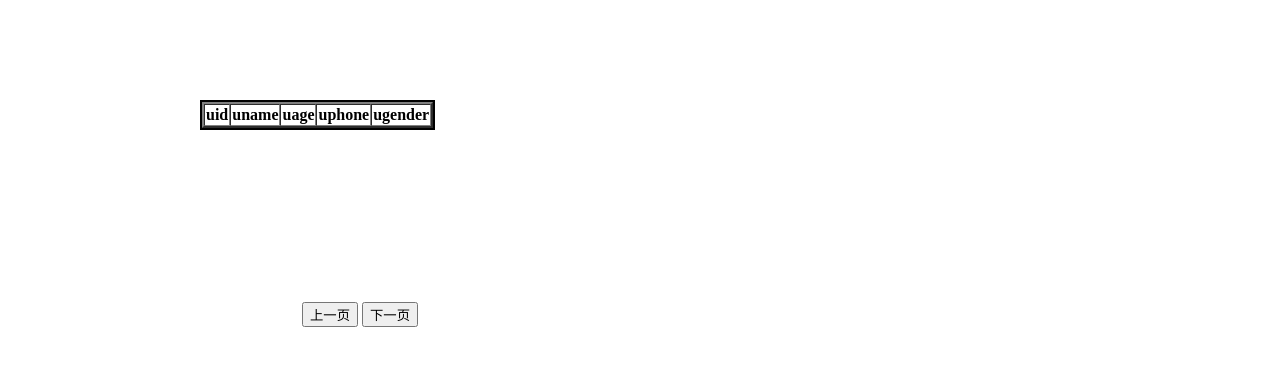
Repository: tian7815/1.25_fenye
Page: http://localhost/Day08/AdminServlet
The author's editor kept a copy of each file at every save. The page is drawn from the files as they stood at one save, then again after the next save.
The browser window is 1280 px wide. The pictures show the whole page.
The page is served by Tomcat 9. Other server files are loaded and not shown. Queries for data that is not in the repository find no rows.

Above is the page before, as saved 2021-01-25 05:36:38.

### web5/Day08/WebRoot/WEB-INF/jsp/FenYe.jsp
<%@ page language="java" import="java.util.*,com.company.entity.*" pageEncoding="utf-8"%>
<%
String path = request.getContextPath();
String basePath = request.getScheme()+"://"+request.getServerName()+":"+request.getServerPort()+path+"/";
%>

<!DOCTYPE HTML PUBLIC "-//W3C//DTD HTML 4.01 Transitional//EN">
<html>
  <head>
    <base href="<%=basePath%>">

    <title>My JSP 'FenYe.jsp' starting page</title>

	<meta http-equiv="pragma" content="no-cache">
	<meta http-equiv="cache-control" content="no-cache">
	<meta http-equiv="expires" content="0">
	<meta http-equiv="keywords" content="keyword1,keyword2,keyword3">
	<meta http-equiv="description" content="This is my page">
	<!--
	<link rel="stylesheet" type="text/css" href="styles.css">
	-->
    <style>
       div{
          position: absolute;
          left: 200px;
          top: 100px;
          border: 2px solid black;
       }
       #right{
          position: absolute;
          left: 160px;
          top: 200px;
       }
        #left{
          position: absolute;
          left: 100px;
          top: 200px;
       }
        #lb{
          position: absolute;
          left: 140px;
          top: 200px;
       }
    </style>
    <%
         List<User> userList = (List<User>) request.getAttribute("list");
     %>
  </head>

  <body>
  <div>
    <table border="2" cellspacing="0">
       <tr>
          <th>uid</th>
          <th>uname</th>
          <th>uage</th>
          <th>uphone</th>
          <th>ugender</th>
       </tr>
       <%for(int i = 0; i < userList.size(); i ++) {%>
         <tr>
            <td><%=userList.get(i).getUid() %></td>
            <td><%=userList.get(i).getUname() %></td>
            <td><%=userList.get(i).getUage() %></td>
            <td><%=userList.get(i).getUphone() %></td>
            <td><%=userList.get(i).getUgender() %></td>
         </tr>
       <%} %>
    </table>
    <input id="right" type="submit" value="下一页">
    <label id="lb">1</label>
    <input id="left" type="submit" value="上一页">
  </div>
  </body>
</html>

### web5/Day08/src/com/company/contreller/AdminServlet.java
package com.company.contreller;

import java.io.IOException;
import java.io.PrintWriter;
import java.util.List;

import javax.servlet.ServletException;
import javax.servlet.http.HttpServlet;
import javax.servlet.http.HttpServletRequest;
import javax.servlet.http.HttpServletResponse;

import com.company.entity.User;
import com.company.service.UserService;
import com.company.service.UserServiceImpl;

public class AdminServlet extends HttpServlet {

	/**
	 * The doGet method of the servlet. <br>
	 *
	 * This method is called when a form has its tag value method equals to get.
	 *
	 * @param request the request send by the client to the server
	 * @param response the response send by the server to the client
	 * @throws ServletException if an error occurred
	 * @throws IOException if an error occurred
	 */
	public void doGet(HttpServletRequest request, HttpServletResponse response)
			throws ServletException, IOException {
        //되쩌털뙤쫠
		//돕鑒앴욋瓊혤鑒앴
		UserService userService = new UserServiceImpl();
		try {
			List<User> userList = userService.queryUserByFenYe(0, 5);
			request.setAttribute("list", userList);
			request.getRequestDispatcher("WEB-INF/jsp/FenYe.jsp").forward(request, response);
		} catch (Exception e) {
			// TODO Auto-generated catch block
			e.printStackTrace();
		}

	}

	/**
	 * The doPost method of the servlet. <br>
	 *
	 * This method is called when a form has its tag value method equals to post.
	 *
	 * @param request the request send by the client to the server
	 * @param response the response send by the server to the client
	 * @throws ServletException if an error occurred
	 * @throws IOException if an error occurred
	 */
	public void doPost(HttpServletRequest request, HttpServletResponse response)
			throws ServletException, IOException {


	}

}

### web5/Day08/src/com/company/service/UserServiceImpl.java
package com.company.service;

import java.util.List;

import com.company.dao.Userdao;
import com.company.dao.UserdaoImpl;
import com.company.entity.User;

public class UserServiceImpl implements UserService {
    private Userdao userdao = new UserdaoImpl();
	public User quaryUserByuid(String uid) throws Exception {
		userdao = new UserdaoImpl();
		User quaryUserByuid = userdao.quaryUserByuid(uid);
		return quaryUserByuid;
	}

	public String stuLogin(String uid) throws Exception {
		userdao = new UserdaoImpl();
		String pwd = userdao.stuLogin(uid);
		return pwd;
	}

	public List<User> queryUserByFenYe(int offset, int len) throws Exception {
	    List<User> userList = userdao.selectPage(offset, len);
		return userList;
	}

}

### web5/Day08/src/com/company/dao/Userdao.java
package com.company.dao;

import java.util.List;

import com.company.entity.User;

public interface Userdao {
	public User quaryUserByuid(String uid)throws Exception;
	public String stuLogin (String uid)throws Exception;
	//offset槨튤盧좆,len鑒앴낀똑
	public List<User> selectPage(int offset, int len) throws Exception;
}

### web5/Day08/src/com/company/dao/UserdaoImpl.java
package com.company.dao;

import java.sql.Connection;
import java.sql.DriverManager;
import java.sql.PreparedStatement;
import java.sql.ResultSet;
import java.util.ArrayList;
import java.util.List;

import com.company.entity.User;



public class UserdaoImpl implements Userdao {
	public static final String URL = "jdbc:mysql://localhost:3306/mydb?characterEncoding=utf-8";
	public static final String USER = "root";
	public static final String PWD = "123456";

	public User quaryUserByuid(String uid) throws Exception {
		Class.forName("com.mysql.jdbc.Driver");
		Connection connection = DriverManager.getConnection(URL, USER, PWD);
		String sql = "select * from user where uid = ?";
		PreparedStatement ps = connection.prepareStatement(sql);
		ps.setString(1, uid);
		ResultSet rs = ps.executeQuery();
		User user = new User();
		rs.next();
		String uid1 = rs.getString(1);
		String uname1 = rs.getString(2);
		int uage1 = rs.getInt(3);
		String uphone1 = rs.getString(4);
		String ugender1 = rs.getString(5);
		user.setUid(uid1);
		user.setUname(uname1);
		user.setUage(uage1);
		user.setUgender(ugender1);
		user.setUphone(uphone1);


		return user;
	}

	public String stuLogin(String uid) throws Exception {
		Class.forName("com.mysql.jdbc.Driver");
		Connection connection = DriverManager.getConnection(URL, USER, PWD);
		String sql = " select uname from user where uid = ? ";
		PreparedStatement ps = connection.prepareStatement(sql);
		ps.setString(1, uid);
		ResultSet rs = ps.executeQuery();
		String pwd = "";
		while(rs.next()){
			pwd = rs.getString("uname");
		}
		return pwd;
	}

	public List<User> selectPage(int offset, int len) throws Exception {
		List<User> userList = new ArrayList<User>();
		Class.forName("com.mysql.jdbc.Driver");
		Connection connection = DriverManager.getConnection(URL, USER, PWD);
		String sql = " select * from user limit ?, ? ";
		PreparedStatement preparedStatement = connection.prepareStatement(sql);
		preparedStatement.setInt(1, offset);
		preparedStatement.setInt(2, len);
		ResultSet executeQuery = preparedStatement.executeQuery();
		while(executeQuery.next()){
			User user = new User();
			String uid = executeQuery.getString("uid");
			String uname = executeQuery.getString("uname");
			int uage = executeQuery.getInt("uage");
			String uphone = executeQuery.getString("uphone");
			String ugender = executeQuery.getString("ugender");
			user.setUid(uid);
			user.setUname(uname);
			user.setUage(uage);
			user.setUphone(uphone);
			user.setUgender(ugender);
			userList.add(user);
		}
		return userList;
	}

}

After the next save:
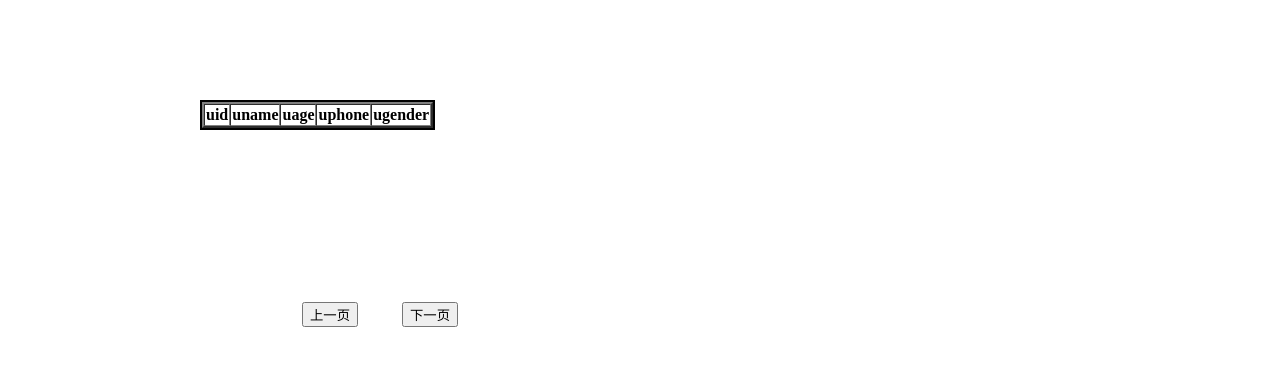
Saved 53 s later.
--- a/web5/Day08/WebRoot/WEB-INF/jsp/FenYe.jsp
+++ b/web5/Day08/WebRoot/WEB-INF/jsp/FenYe.jsp
@@ -28,7 +28,7 @@ String basePath = request.getScheme()+"://"+request.getServerName()+":"+request.
        }
        #right{
           position: absolute;
-          left: 160px;
+          left: 200px;
           top: 200px;
        }
         #left{
